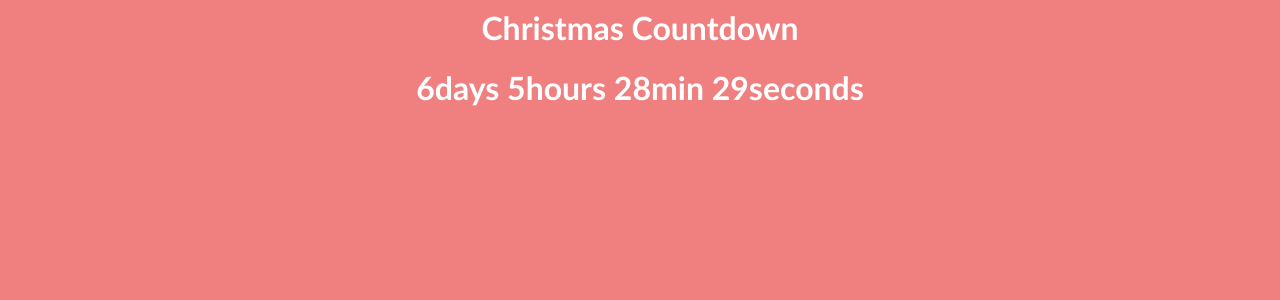
Repository: notMaximilian/countdown-timer
Page: index.html
These files come from the project's save history. The page is drawn as it stood at one moment and after the next save; the edit follows.
The browser window is 1280 px wide. The pictures show the whole page.

Above is the page before, as saved 2021-12-18 18:48:33.

### index.html
<html lang="en">
    <head>
        <meta charset="utf-8"/>
        <title>Christmas Countdown</title>
        <link rel="stylesheet" href="styles.css"/>
    </head>
    <body>
        <h1 id="main-text">Christmas Countdown</h1>
        <h1 id="time-left"></h1>
        <script src="app.js"></script>
    </body>
</html>

### styles.css
body{
    background-color: lightcoral;
    color:white;
    text-align: center;
    font-family: 'Trebuchet MS', 'Lucida Sans Unicode', 'Lucida Grande', 'Lucida Sans', Arial, sans-serif;
}

### app.js
const timeLeft = document.getElementById('time-left')
let timerId;
//Units of time
const second = 1000
const minute = second * 60
const hour = minute * 60
const day = hour * 24

const christmas = new Date('12/25/2021')

function countdown(){
    const today = new Date();
    const timeSpan = christmas - today;

    if(timeSpan <= -day){
        timeLeft.innerHTML("I hope you had a Merry Christmas!!!")
        clearInterval(timerId)
        return
    }

    if (timeSpan <= 0){
        timeLeft.innerHTML("Merry Christmas!!!")
        clearInterval(timerId)
        return
    }

    const days = Math.floor(timeSpan / day)
    const hours = Math.floor((timeSpan % day) / hour)
    const minutes = Math.floor((timeSpan % hour) / minute)
    const seconds = Math.floor((timeSpan % minute) / second)

    timeLeft.innerHTML = days + "days " + hours + "hours " + minutes + "min " + seconds + "seconds"

}

timerId = setInterval(countdown, second)

After the next save:
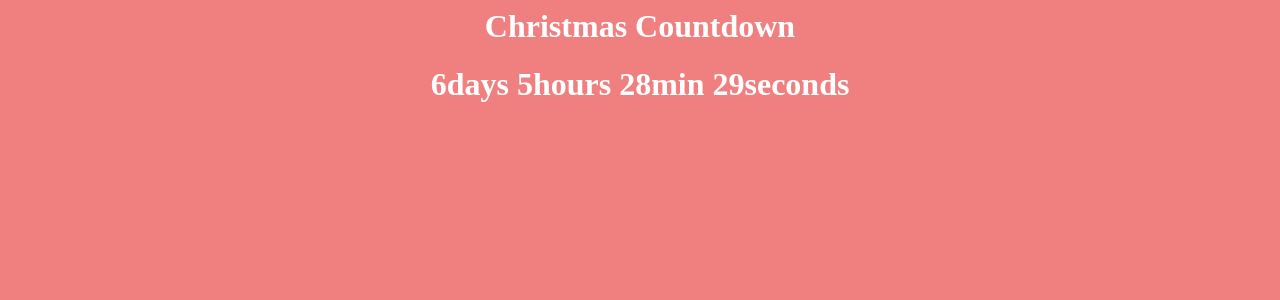
Saved 78 s later.
--- a/styles.css
+++ b/styles.css
@@ -2,5 +2,6 @@ body{
     background-color: lightcoral;
     color:white;
     text-align: center;
+    padding
     font-family: 'Trebuchet MS', 'Lucida Sans Unicode', 'Lucida Grande', 'Lucida Sans', Arial, sans-serif;
 }
